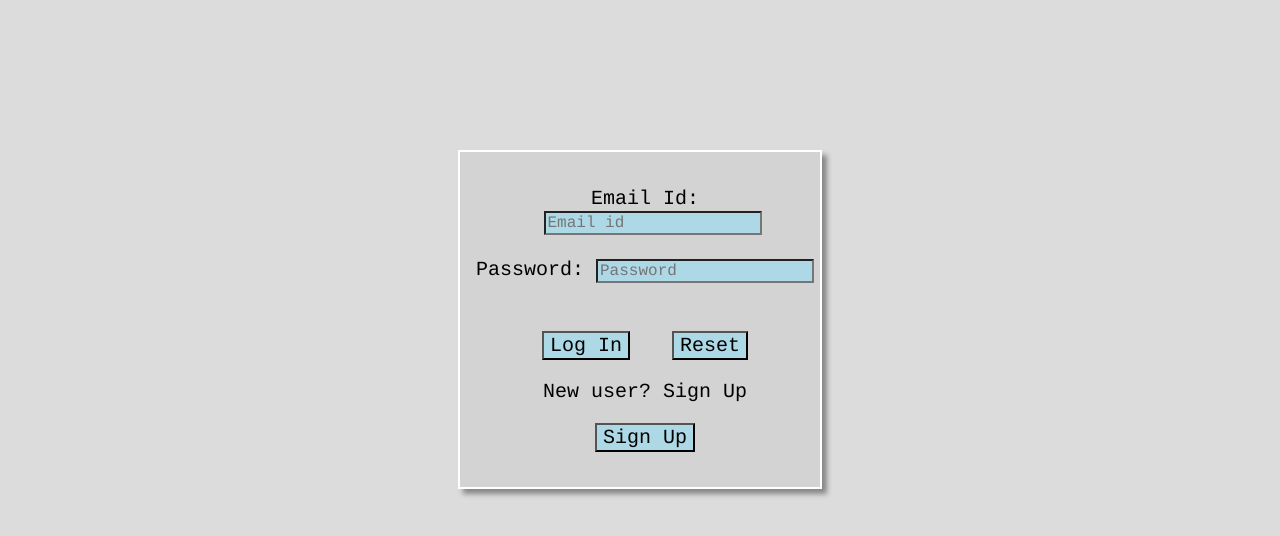
Repository: bl-sid/Bridgelabz
Page: Cookie/WebContent/index.html
The author's editor kept a copy of each file at every save. The page is drawn from the files as they stood at one save, then again after the next save.
The browser window is 1280 px wide. The pictures show the whole page.

Above is the page before, as saved 2017-08-23 13:00:57.

After the next save:
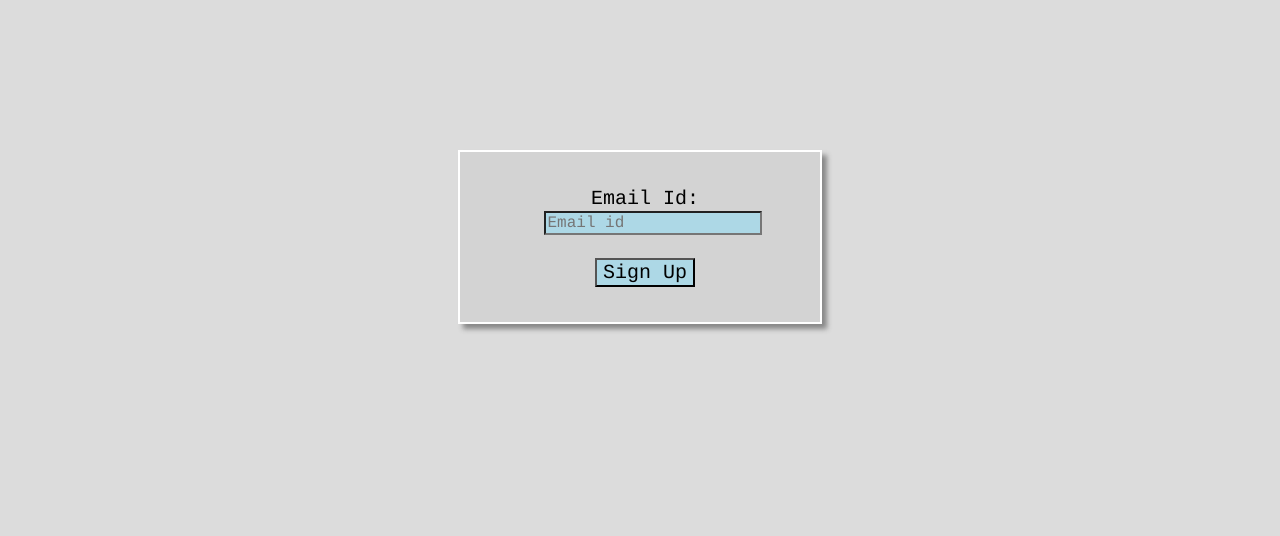
Saved 14 s later.
--- a/Cookie/WebContent/index.html
+++ b/Cookie/WebContent/index.html
@@ -81,14 +81,7 @@ form {
 		Email Id: <input type="email" name="email" class="myid" id="emailid"
 			placeholder="Email id">
 		<br> <br>
-		Password: <input type="password" name="password" class="myid" placeholder="Password"
-			id="passid">
-		<br> <br>
-		<input type="submit" name="submit" value="Log In" class="myid" id="submitid"
-			onClick="return onSubmitClick()">
-		<input type="reset" name="reset" id="resetid">
 
-		<p>New user? Sign Up</p>
 
 		<Button formaction="SignUp.html" id="signid">Sign Up</Button>
 
